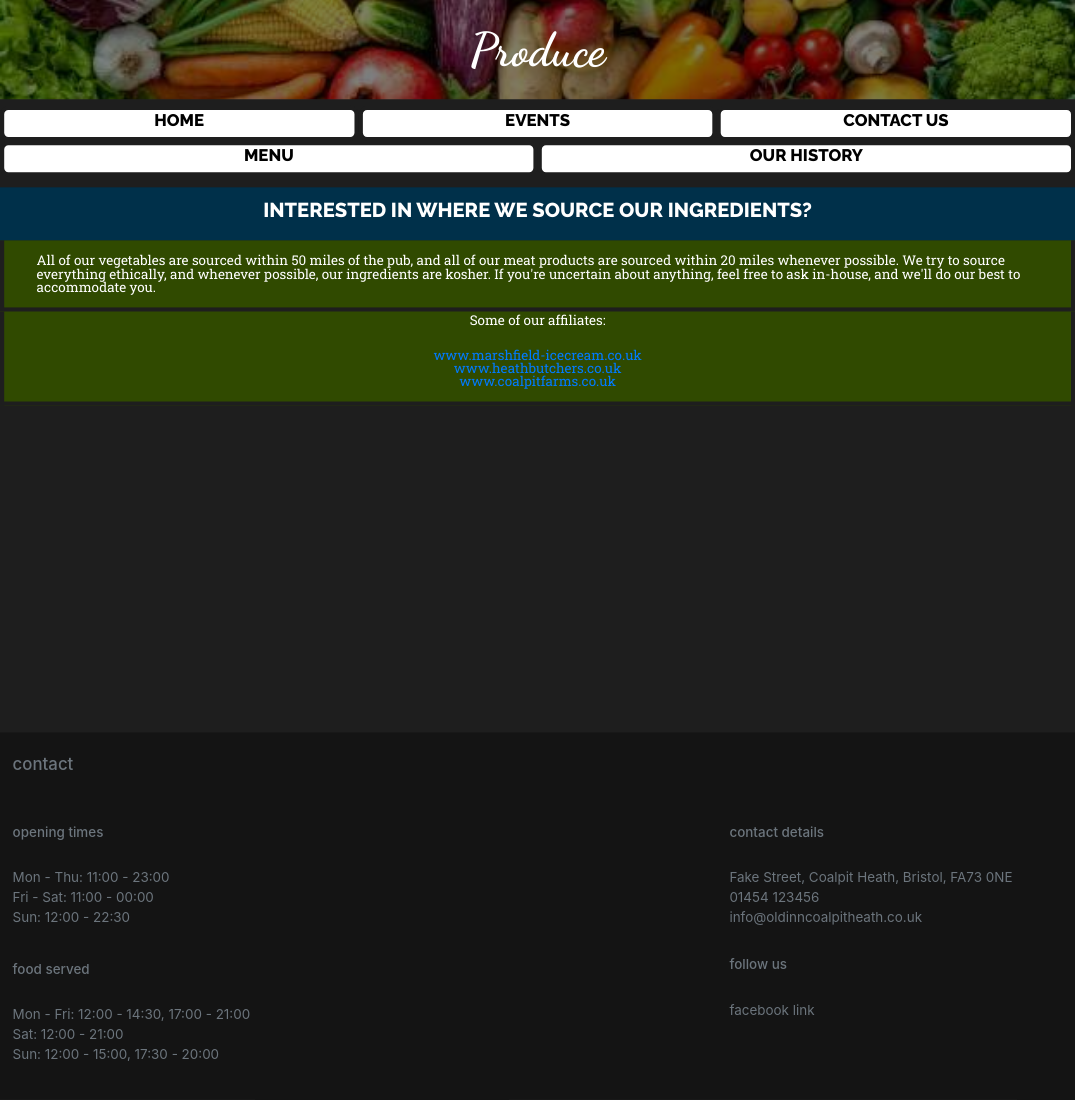
Repository: Code-Institute-Submissions/JamesLStudent-Milestone_One
Page: produce.html
The author's editor kept a record of every edit. The page is drawn from the files as they stood at one moment, then again after the next edit.
The browser window is 1280 px wide. The pictures show the whole page, at 84% of full size.
Some web libraries are served in a nearby version.

Above is the page before.
Console error: TypeError: Cannot read properties of undefined (reading 'fn')

### produce.html
<!DOCTYPE html>
<html lang="en">

<head>
    <meta charset="UTF-8">
    <meta name="viewport" content="width=device-width, initial-scale=1.0">
    <meta http-equiv="X-UA-Compatible" content="ie=edge">
    <title>Old Inn - Produce</title>
    <link href="Assets/main.css" rel="stylesheet" type="text/css" />
    <link rel="stylesheet" href="https://stackpath.bootstrapcdn.com/bootstrap/4.3.1/css/bootstrap.min.css" integrity="sha384-ggOyR0iXCbMQv3Xipma34MD+dH/1fQ784/j6cY/iJTQUOhcWr7x9JvoRxT2MZw1T" crossorigin="anonymous">
    <script src="https://stackpath.bootstrapcdn.com/bootstrap/4.3.1/js/bootstrap.min.js" integrity="sha384-JjSmVgyd0p3pXB1rRibZUAYoIIy6OrQ6VrjIEaFf/nJGzIxFDsf4x0xIM+B07jRM" crossorigin="anonymous"></script>
    <script src="https://kit.fontawesome.com/e8ea1a4eee.js" crossorigin="anonymous"></script>
</head>

<body class="bg">
    <div class="produce-h1-background">
        <h1>Produce</h1>
    </div>
    <div class="dropdown-vis">
        <input id="check01" type="checkbox" name="menu" />
        <label class="black-text navigation-menu title-font" for="check01"><h5>MORE INFO:</h5></label>
        <ul class="submenu">
            <li>
                <a href="index.html">
                    <div class="col-6 col-md-12 col-lg-3 navigation-item black-text">
                        <h5>home</h5>
                    </div>
                </a>
                <a href="events.html">
                    <div class="col-6 col-md-12 col-lg-3 navigation-item black-text">
                        <h5>events</h5>
                    </div>
                </a>
                <a href="contacts.html">
                    <div class="col-12 col-md-12 col-lg-3 navigation-item black-text">
                        <h5>contact us</h5>
                    </div>
                </a>
                <a href="menu.html">
                    <div class="col-12 col-md-12 col-lg-3 navigation-item black-text">
                        <h5>menu</h5>
                    </div>
                </a>
                <a href="history.html">
                    <div class="col-12 col-md-12 col-lg-3 navigation-item black-text">
                        <h5>our history</h5>
                    </div>
                </a>
            </li>
        </ul>
    </div>
    <div class="desktop-nav">
        <a href="index.html">
            <div class="col-6 col-md-12 col-lg-4 navigation-item black-text">
                <h5>home</h5>
            </div>
        </a>
        <a href="events.html">
            <div class="col-6 col-md-12 col-lg-4 navigation-item black-text">
                <h5>events</h5>
            </div>
        </a>
        <a href="contacts.html">
            <div class="col-12 col-md-12 col-lg-4 navigation-item black-text">
                <h5>contact us</h5>
            </div>
        </a>
        <a href="menu.html">
            <div class="col-12 col-md-12 col-lg-6 navigation-item black-text">
                <h5>menu</h5>
            </div>
        </a>
        <a href="history.html">
            <div class="col-12 col-md-12 col-lg-6 navigation-item black-text">
                <h5>our history</h5>
            </div>
        </a>
    </div>
    <div class="centerer">
        <div class="subtitle">
            <h4>Interested in where we source our ingredients?</h4>
        </div>
        <div class="img-text produce left-align white-text">
            <p>
                </br>All of our vegetables are sourced within 50 miles of the pub, and all of our meat products are sourced within 20 miles whenever possible. We try to source everything ethically, and whenever possible, our ingredients are kosher. If you're
                uncertain about anything, feel free to ask in-house, and we'll do our best to accommodate you.</p>
        </div>
        <div class="img-text white-text produce">
            <h6>Some of our affiliates:</h6>
            <p>
                </br>
                <a class="grey-text" href="https://www.marshfield-icecream.co.uk">www.marshfield-icecream.co.uk</a></br>
                <a class="grey-text" href="#">www.heathbutchers.co.uk</a></br>
                <a class="grey-text" href="#">www.coalpitfarms.co.uk</a>
            </p>
        </div>
    </div>
    <footer>
        <div class="footer">
            <div class="col-12 footer-div text-muted">
                <h5>contact</h5>
            </div>
            <div class="col-12 col-md-6 col-lg-8 left footer-div text-muted left-align">
                <h6>opening times</h6>
                <p class="left-align">
                    </br>
                    Mon - Thu: 11:00 - 23:00</br>
                    Fri - Sat: 11:00 - 00:00</br>
                    Sun: 12:00 - 22:30</br>
                    </br>
                </p>
                <h6>food served</h6>
                <p class="left-align">
                    </br>
                    Mon - Fri: 12:00 - 14:30, 17:00 - 21:00</br>
                    Sat: 12:00 - 21:00</br>
                    Sun: 12:00 - 15:00, 17:30 - 20:00</p>
            </div>
            <div class="col-12 col-md-6 col-lg-4 left footer-div text-muted left-align">
                <h6>contact details</h6>
                <p class="left-align">
                    </br>Fake Street, Coalpit Heath, Bristol, FA73 0NE</br>01454 123456</br>
                    info@oldinncoalpitheath.co.uk</p>
                <h6>
                    </br>follow us</h6>
                <p>
                    </br>facebook link</p>
            </div>
        </div>
    </footer>
</body>

</html>

### Assets/main.css

/*----------------- STYLES APPEARING ON MULTIPLE PAGES -----------------*/

@import url('https://fonts.googleapis.com/css?family=Dancing+Script:700|Raleway:800|Roboto+Slab&display=swap');

html {
  scroll-behavior: smooth; /*- <--- not compatible with some browsers -*/
}

.bg {
    position: absolute;
    top: 0;
    left: 0;
    bottom: 0;
    right: 0;
    display: block;
    background-color: #1e1e1e;
}

h1 {
    font-family: "Dancing script", sans-serif;
    font-size: 3.5rem !important;
    font-weight: 700;
    text-align: center;
    min-height: 40px;
    height: auto;
    padding: 2% 0 2% 0;
    color: #FFFFFF;
    background: rgba(0, 0, 0, 0.5);
}

.subtitle {
    font-family: "raleway", serif;
    text-transform: uppercase;
    text-align: center;
    padding: 3% 0 3% 0;
    margin: 5% 0 0 0;
    display: inline-block;
    width: 100%;
    min-height: 15px;
    height: auto;
    background-color: #00304A;
    color: #FFFFFF;
}

.sub-box {
    font-family: "raleway", serif;
    text-transform: uppercase;
    background-color: #1B3E00;
    height: auto;
    border: 5px solid #1e1e1e;
    line-height: 100%;
    margin-top: 3%;
    min-height: 6%;
    height: auto;
    color: #FFFFFF;
    text-decoration: none;
}

.black-text {
    color: black;
}

.white-text {
    color: #FFFFFF;
}

footer {
    min-height: 20%;
    height: auto;
    display: block;
    bottom: 0;
    position: relative;
}

.footer {
    display: inline-block;
    margin-top: 5%;
    width: 100%;
    min-height: 100%;
    height: auto;
    background-color: #141414;
}

.back-top:hover {
    text-decoration: underline;
}

.fa-lg {
    font-size: 2.33333em !important;
}

.centerer {
    height: 100%;
    text-align: center;
    font-family: "Roboto Slab", serif;
}

.title-font {
    font-family: "raleway", serif;
}

.left {
    float: left;
}

.right {
    float: right;
}

.clear {
    padding: 0;
    margin: 0;
}

.footer-div {
    padding: 2%;
}

.left-align {
    text-align: left;
}

.inline {
    display: inline-block;
}

.no-deco {
    text-decoration: none;
}

.no-deco:hover {
    text-decoration: none;
}

/*----------------- MAIN NAV ITEM -----------------*/

ul {
    list-style: none;
    padding: 0;
    margin-bottom: 0 !important;
}

.navigation-item {
    font-family: "raleway", serif;
    text-transform: uppercase;
    background-color: #FFFFFF;
    float: left;
    text-align: center;
    border-radius: 10px;
    border: 5px solid #1e1e1e;
}

/*note: some styles (like the one above) use border instead of margin
to fix an issue I believed to be with Bootstrap's columns not working
with margin, but I now think it was actually the fault of Google Chrome's
"inspect" function. */

.navigation-item:hover {
    text-decoration: none;
    background-color: #383838;
    color: #FFFFFF;
}

.navigation-menu {
    background-color: #FFFFFF;
    text-align: center;
    border-radius: 10px;
    border: 5px solid #1e1e1e;
    width: 90%;
    margin: 0 5% 0 5%;
}

.no-margin {
    margin-top: 0 !important;
}

.desktop-nav {
    display: none;
}

.navigation-menu:hover {
    text-decoration: none;
    background-color: #383838;
    color: #FFFFFF;
    text-align: center;
}

input {
    display: none;
}

ul.submenu {
    max-height: 0;
    overflow: hidden;
}

label {
    position: relative;
    display: block;
    cursor: pointer;
}

input:checked~ul.submenu {
    max-height: 300px;
}

.burger-icon {
    margin: 1% 2% 0 2%;
    display: inline-block;
    float: right;
}

/*----------------- HOMEPAGE STYLE -----------------*/

.blurb {
    margin: 5% 2% 0 2%;
    display: inline-block;
    text-align: center;
    width: 96%;
    height: auto;
    background-color: #4A0030;
    padding: 0 2% 0 2%;
}

.alt-link {
    margin: 1% 2% 0% 2%;
    display: inline-block;
    text-align: center;
    width: 96%;
    min-height: 5%;
    height: auto;
    background-color: #2D2D2D;
    color: #FFFFFF;
}

.title-link {
    font-family: "raleway", serif;
    text-transform: uppercase;
    background-color: #1B3E00;
    height: auto;
    border: 5px solid #1e1e1e;
    line-height: 100%;
    margin-top: 3%;
    min-height: 6%;
    color: #FFFFFF;
    text-decoration: none;
}

.title-link:hover {
    background-color: #1C3906;
    color: #FFFFFF;
    text-decoration: none;
}

/*----------------- MENU STYLE -----------------*/

.small-link {
    font-family: "raleway", serif;
    text-transform: uppercase;
    line-height: 100%;
    display: inline-block;
    text-align: center;
    height: auto;
    background-color: #4A0030;
    border-radius: 10px;
    border: 5px solid #1e1e1e;
    color: #FFFFFF;
}

.small-link:hover {
    text-decoration: none;
    color: #FFFFFF;
    background-color: #320121;
}

.food {
    width: 30%;
    float: left;
    padding: 0;
}

.food-desc {
    width: 50%;
    float: left;
    border-left: 1px solid white;
    border-right: 1px solid white;
}

.food-cost {
    width: 20%;
    float: left;
}

.vert-align {
    position: relative;
    top: 50%;
    transform: translateY(-50%);
}

/*The above code is not my own - see the README for credits.
I had some trouble with it, but eventually made it work by placing the
elements it styles inside specific containers - anything with "height: auto;"
would break this style*/

.menu-h1-background {
    background-image: url("./images/menu-h1.jpg");
    background-position: center;
    background-repeat: no-repeat;
    background-size: cover;
    min-height: auto;
}

/*----------------- EVENTS STYLE -----------------*/

.img-text {
    background-color: #304A00;
    height: auto;
    border-bottom: 5px solid #1e1e1e;
    border-right: 5px solid #1e1e1e;
    border-left: 5px solid #1e1e1e;
    line-height: 100%;
}

.image {
    height: auto;
    width: 96%;
    margin: 2% 2% 0 2%;
    background-color: #FFFFFF;
    overflow: hidden;
}

.spacer {
    margin-top: 5%;
}

.events-h1-background {
    background-image: url("./images/events-h1.jpg");
    background-position: center;
    background-repeat: no-repeat;
    background-size: cover;
    min-height: auto;
}

.moth-day {
    background-image: url("./images/moth-day.jpg");
}

.fath-day {
    background-image: url("./images/fath-day.jpg");
}

.christmas {
    background-image: url("./images/christmas.png");
}

.easter {
    background-image: url("./images/easter.jpg");
}

.events-img {
    background-position: center;
    background-repeat: no-repeat;
    background-size: cover;
    height: 150px;
    width: 290px;
}

/*----------------- PRODUCE STYLE -----------------*/

.produce {
    padding: 0 3% 0 3%;
}

.produce-h1-background {
    background-image: url("./images/produce-h1.jpg");
    background-position: center;
    background-repeat: no-repeat;
    background-size: cover;
    min-height: auto;
}

/*----------------- CONTACTS STYLE -----------------*/

.contacts-h1-background {
    background-image: url("./images/contacts-h1.jpg");
    background-position: center;
    background-repeat: no-repeat;
    background-size: cover;
    min-height: auto;
}

.map {
    width: 90%;
    height: 85%;
    margin: 0 5% 0 5%;
}

/*----------------- HISTORY STYLE -----------------*/

.history {
    margin: 5% 2% 0 2%;
    display: inline-block;
    text-align: center;
    width: 96%;
    min-height: 50%;
    height: auto;
    background-color: #4A0030;
    padding: 0 2% 0 2%;
}

.index-h1-background {
    background-image: url("./images/index-h1.jpg");
    background-position: center;
    background-repeat: no-repeat;
    background-size: cover;
    min-height: auto;
}

.history-img-one {
    background-image: url("./images/history-1.jpg");
    background-position: center;
    background-repeat: no-repeat;
    background-size: cover;
    height: 200px;
    width: 250px;
}

.history-img-two {
    background-image: url("./images/history-2.jpg");
    background-position: center;
    background-repeat: no-repeat;
    background-size: cover;
    height: 200px;
    width: 250px;
}

/*----------------- TABLET MEDIA QUERIES -----------------*/

@media (min-width: 768px) {
    .footer {
        margin-top: 3%;
    }
    .history {
        margin-top: 3%;
    }
    .blurb {
        margin-top: 3%;
    }
    .alt-link {
        margin-top: 1%;
    }
    .subtitle {
        margin-top: 2.5%;
        padding: 1% 0 1% 0;
    }
    .spacer {
        margin-top: 3%;
    }
    .sub-box {
        margin-top: 2%;
    }
    .history-img-one {
        height: 400px;
        width: 450px;
    }
    .history-img-two {
        height: 500px;
        width: 550px;
    }
    .events-img {
        height: 190px;
        width: 730px;
    }
}

/*----------------- DESKTOP MEDIA QUERIES -----------------*/

@media (min-width: 992px) {
    .desktop-nav {
        display: block;
    }
    .dropdown-vis {
        display: none;
    }
    .footer {
        margin-top: 2%;
    }
    .history {
        margin-top: 1%;
    }
    .blurb {
        margin-top: 1%;
    }
    .alt-link {
        margin-top: 0.5%;
    }
    .subtitle {
        margin-top: 1%;
    }
    .spacer {
        margin-top: 1%;
    }
    .sub-box {
        margin-top: 0.5%;
    }
    .history-img-one {
        margin: 2% 2% 2% 2%;
        float: left;
    }
    .history-img-two {
        margin: 2% 2% 2% 2%;
        float: right;

    }
    .events-img {
        height: 230px;
        width: 1220px;
    }
}

After the next edit:
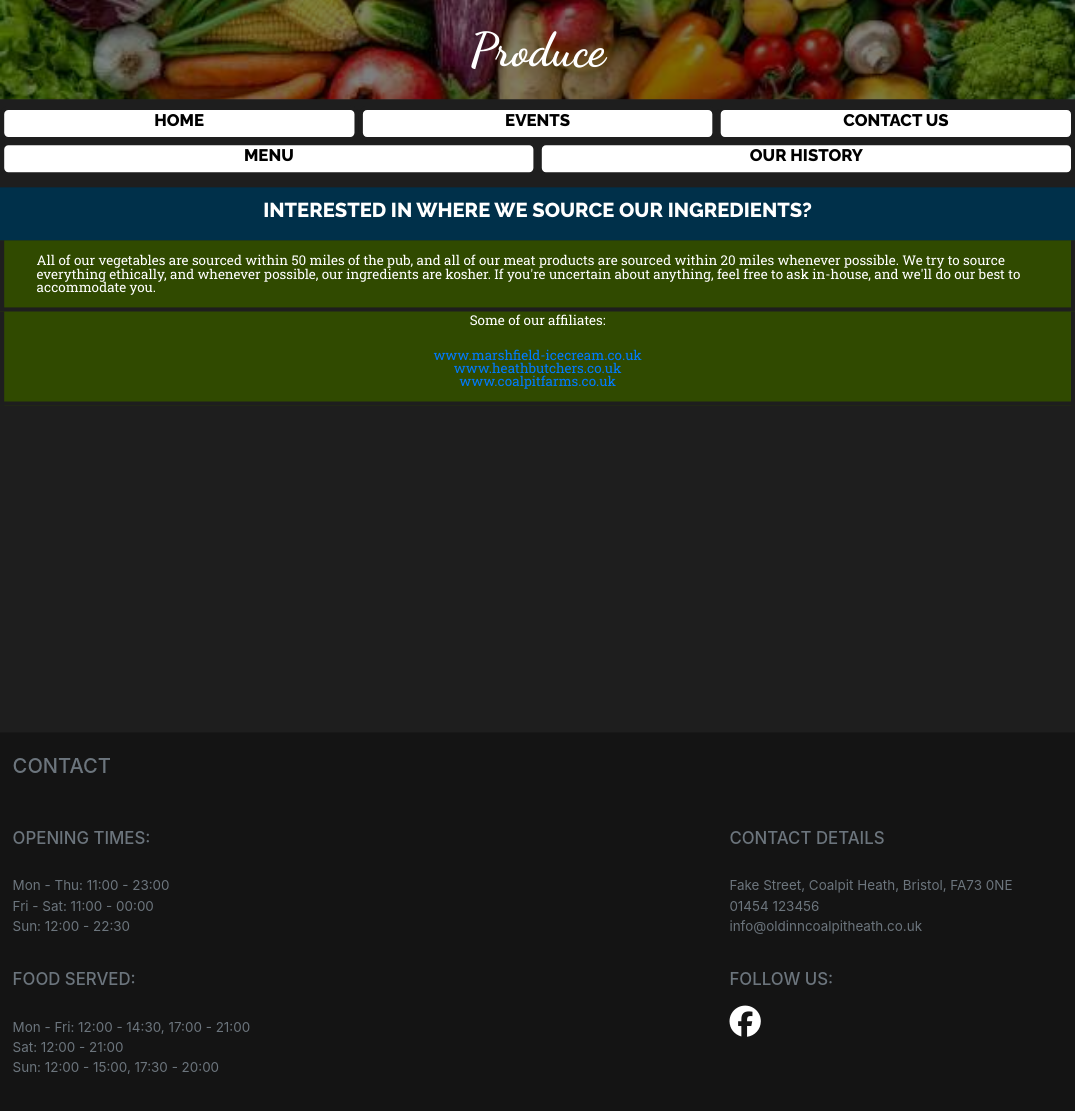
The edit:
--- a/produce.html
+++ b/produce.html
@@ -96,37 +96,40 @@
         </div>
     </div>
     <footer>
-        <div class="footer">
-            <div class="col-12 footer-div text-muted">
-                <h5>contact</h5>
+       <div class="footer">
+                <div class="col-12 footer-div text-muted">
+                    <h4>CONTACT</h4>
+                </div>
+                <div class="col-12 col-md-6 col-lg-8 left footer-div text-muted left-align">
+                    <h5>OPENING TIMES:</h5>
+                    <p class="left-align">
+                        </br>
+                        Mon - Thu: 11:00 - 23:00</br>
+                        Fri - Sat: 11:00 - 00:00</br>
+                        Sun: 12:00 - 22:30</br>
+                        </br>
+                    </p>
+                    <h5>FOOD SERVED:</h5>
+                    <p class="left-align">
+                        </br>
+                        Mon - Fri: 12:00 - 14:30, 17:00 - 21:00</br>
+                        Sat: 12:00 - 21:00</br>
+                        Sun: 12:00 - 15:00, 17:30 - 20:00</p>
+                </div>
+                <div class="col-12 col-md-6 col-lg-4 left footer-div text-muted left-align">
+                    <h5>CONTACT DETAILS</h5>
+                    <p class="left-align">
+                        </br>Fake Street, Coalpit Heath, Bristol, FA73 0NE</br>01454 123456</br>
+                        info@oldinncoalpitheath.co.uk</p>
+                    <h5>
+                        </br>FOLLOW US:</br>
+                        </br>
+                    </h5>
+                    <a href="https://en-gb.facebook.com/login/">
+                    <i class="fab fa-facebook fa-lg white-text"></i>
+                    </a>
+                </div>
             </div>
-            <div class="col-12 col-md-6 col-lg-8 left footer-div text-muted left-align">
-                <h6>opening times</h6>
-                <p class="left-align">
-                    </br>
-                    Mon - Thu: 11:00 - 23:00</br>
-                    Fri - Sat: 11:00 - 00:00</br>
-                    Sun: 12:00 - 22:30</br>
-                    </br>
-                </p>
-                <h6>food served</h6>
-                <p class="left-align">
-                    </br>
-                    Mon - Fri: 12:00 - 14:30, 17:00 - 21:00</br>
-                    Sat: 12:00 - 21:00</br>
-                    Sun: 12:00 - 15:00, 17:30 - 20:00</p>
-            </div>
-            <div class="col-12 col-md-6 col-lg-4 left footer-div text-muted left-align">
-                <h6>contact details</h6>
-                <p class="left-align">
-                    </br>Fake Street, Coalpit Heath, Bristol, FA73 0NE</br>01454 123456</br>
-                    info@oldinncoalpitheath.co.uk</p>
-                <h6>
-                    </br>follow us</h6>
-                <p>
-                    </br>facebook link</p>
-            </div>
-        </div>
     </footer>
 </body>
 
